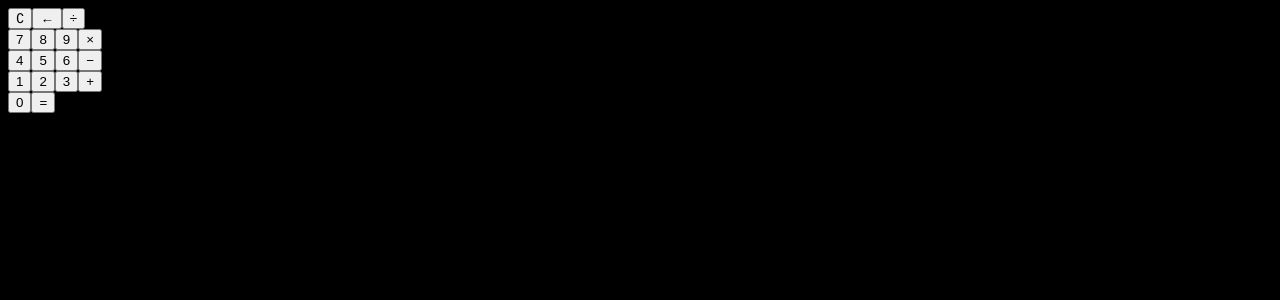
Repository: jontslater/LAB-calculator2
Page: index.html
These files come from the project's save history. The page is drawn as it stood at one moment and after the next save; the edit follows.
The browser window is 1280 px wide. The pictures show the whole page.

Above is the page before, as saved 2023-10-12 15:27:46.

### index.html
<!DOCTYPE html>
<html lang="en">
<head>
  <meta charset="UTF-8">
  <meta name="viewport" content="width=device-width, initial-scale=1.0">
  <title>calculator</title>
  <link rel="stylesheet" href="main.css">
  <script src="main.js"></script>
</head>

<body>
  <div class="container">

  <table>
    <button class="orange">&#8705;</button>
    <button class="orange">&#8592;</button>
    <button class="orange">&#247;</button>
  </table>

  <table>
    <button class="bottonss">7</button>
    <button class="bottonss">8</button>
    <button class="bottonss">9</button>
    <button>&#215;</button>
  </table>

  <table>
    <button class="bottonss">4</button>
    <button class="bottonss">5</button>
    <button class="bottonss">6</button>
    <button class="orange">&#8722;</button>
  </table>

  <table>
    <button class="bottonss">1</button>
    <button class="bottonss">2</button>
    <button class="bottonss">3</button>
    <button class="orange">&#43;</button>
  </table>


  <table>
    <button class="bottonss">0</button>
    <button class="orange">&#61;</button>
  </table>

  </div>

</body>
</html>

### main.css
body{
  background-color: #000000;
}
.container{
  width: 400xp;
}

.buttonss{
  background-color: #d8d9db;
  height: 90px;
  width: 90px;
}

Loaded but not shown: main.js (no stored copy; drawn as an empty file)

After the next save:
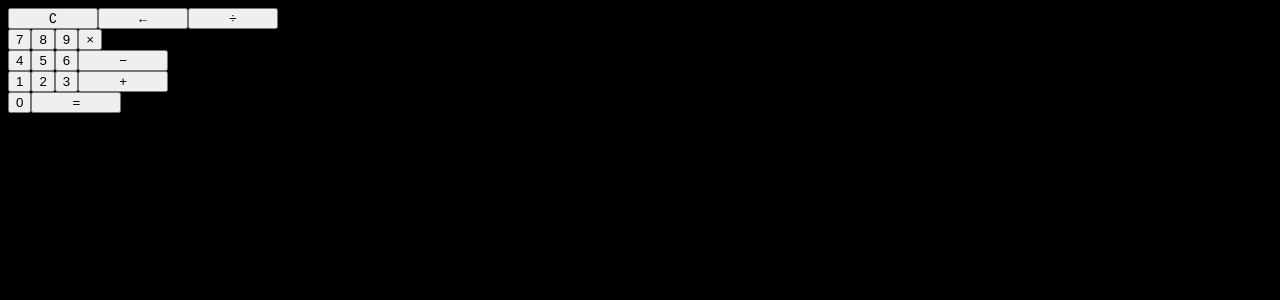
Saved 4 min 7 s later.
--- a/main.css
+++ b/main.css
@@ -10,3 +10,9 @@ body{
   height: 90px;
   width: 90px;
 }
+
+.orange{
+  background-color:goldenrod
+  height: 90px;
+  width: 90px;
+}

After the save that followed:
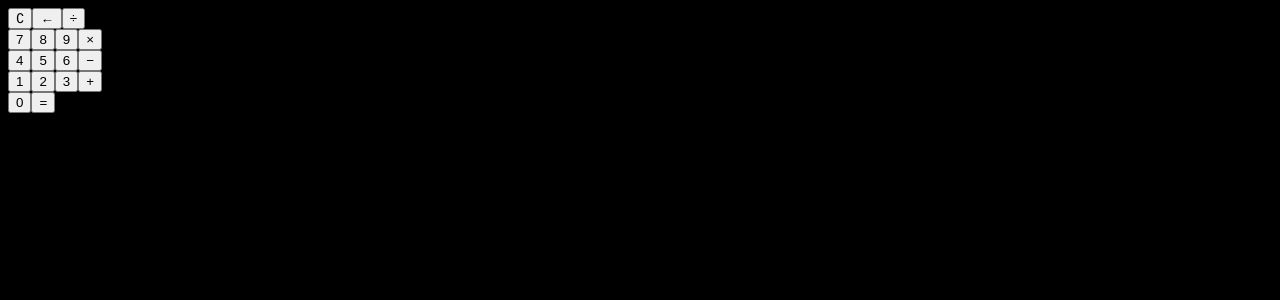
Saved 2 min 24 s later.
--- a/main.css
+++ b/main.css
@@ -13,6 +13,5 @@ body{
 
 .orange{
   background-color:goldenrod
-  height: 90px;
   width: 90px;
 }
